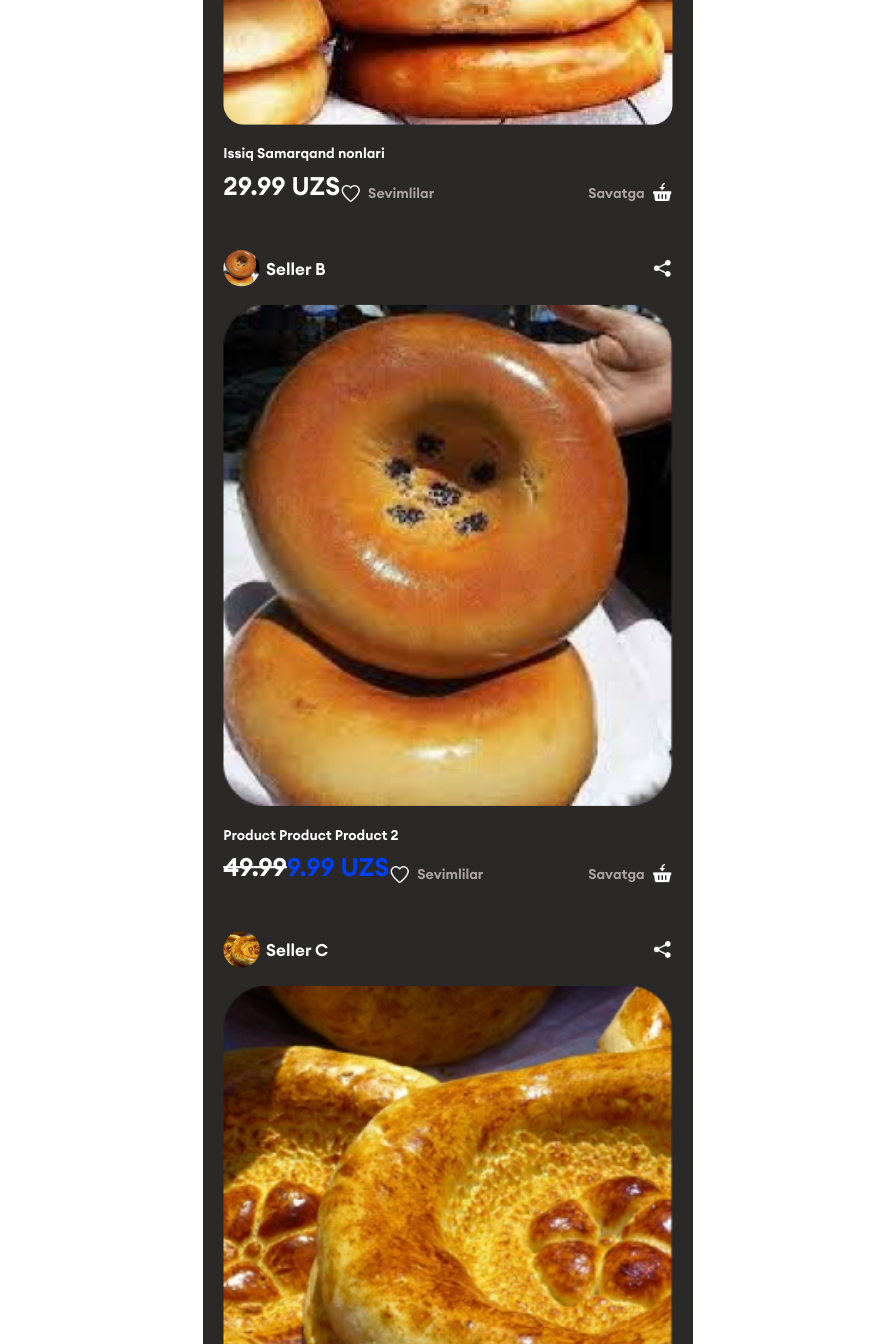
Repository: muslmoney/click-miniapp
Page: /
An editor plug-in stored every save of this project. The page is shown before and after a run of saves, followed by the edit.
The browser window is 1280 px wide. The pictures show the part of the page from y = 1435 to 3355 px (the page is 10664 px tall before and 11143 px after), at 70% of full size.
The project was rebuilt for these pictures with package versions that can differ from the ones it lists, and the page was loaded fresh each time. Also part of the build but not shown: vite.config.js.

Above is the page before, as saved 2025-02-02 00:23:26.

After the next 4 saves:
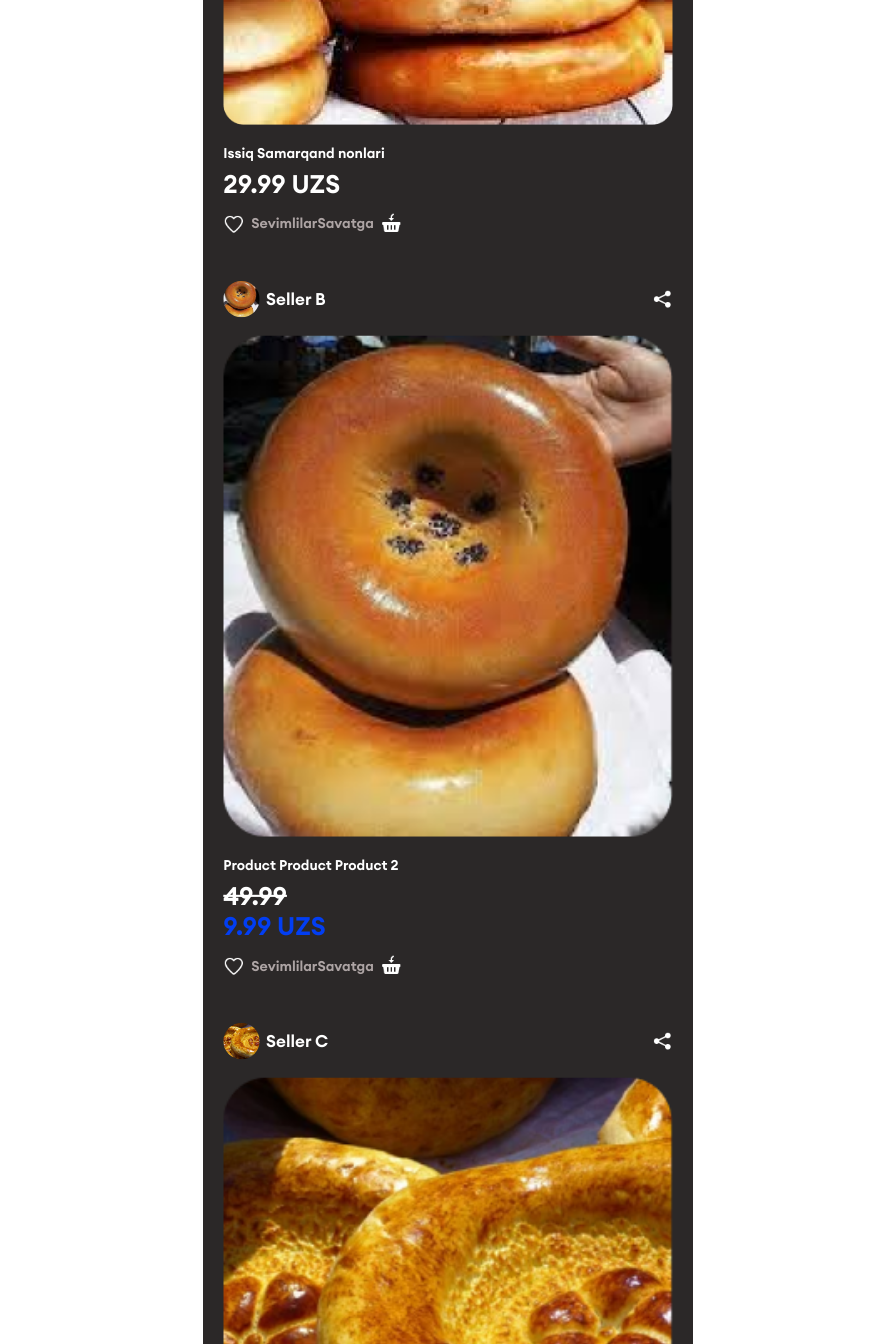
The 4 saves are shown as one change because they came seconds apart.
The last was saved 50 s later.
--- a/src/components/ProductCard/productCard.module.css
+++ b/src/components/ProductCard/productCard.module.css
@@ -59,7 +59,8 @@
 
     .prices {
         display: flex;
-        align-items: center;
+        align-items: start;
+        flex-direction: column;
         justify-content: start;
 
 

After the 4 saves that followed:
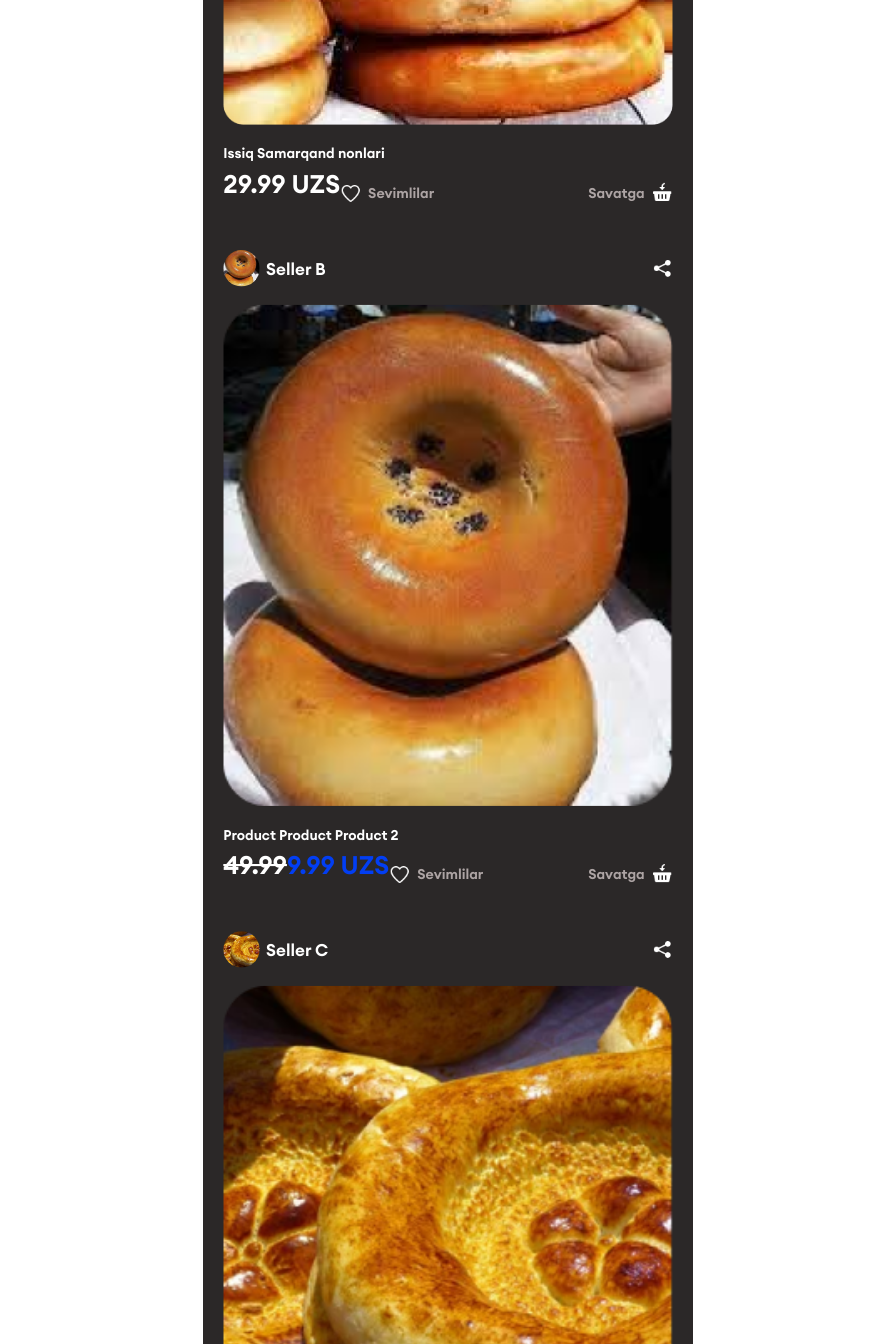
The 4 saves are shown as one change because 2 left the picture as it was and some came seconds apart.
The last was saved 3 min 50 s later.
--- a/src/components/ProductCard/productCard.module.css
+++ b/src/components/ProductCard/productCard.module.css
@@ -60,7 +60,6 @@
     .prices {
         display: flex;
         align-items: start;
-        flex-direction: column;
         justify-content: start;
 
 
